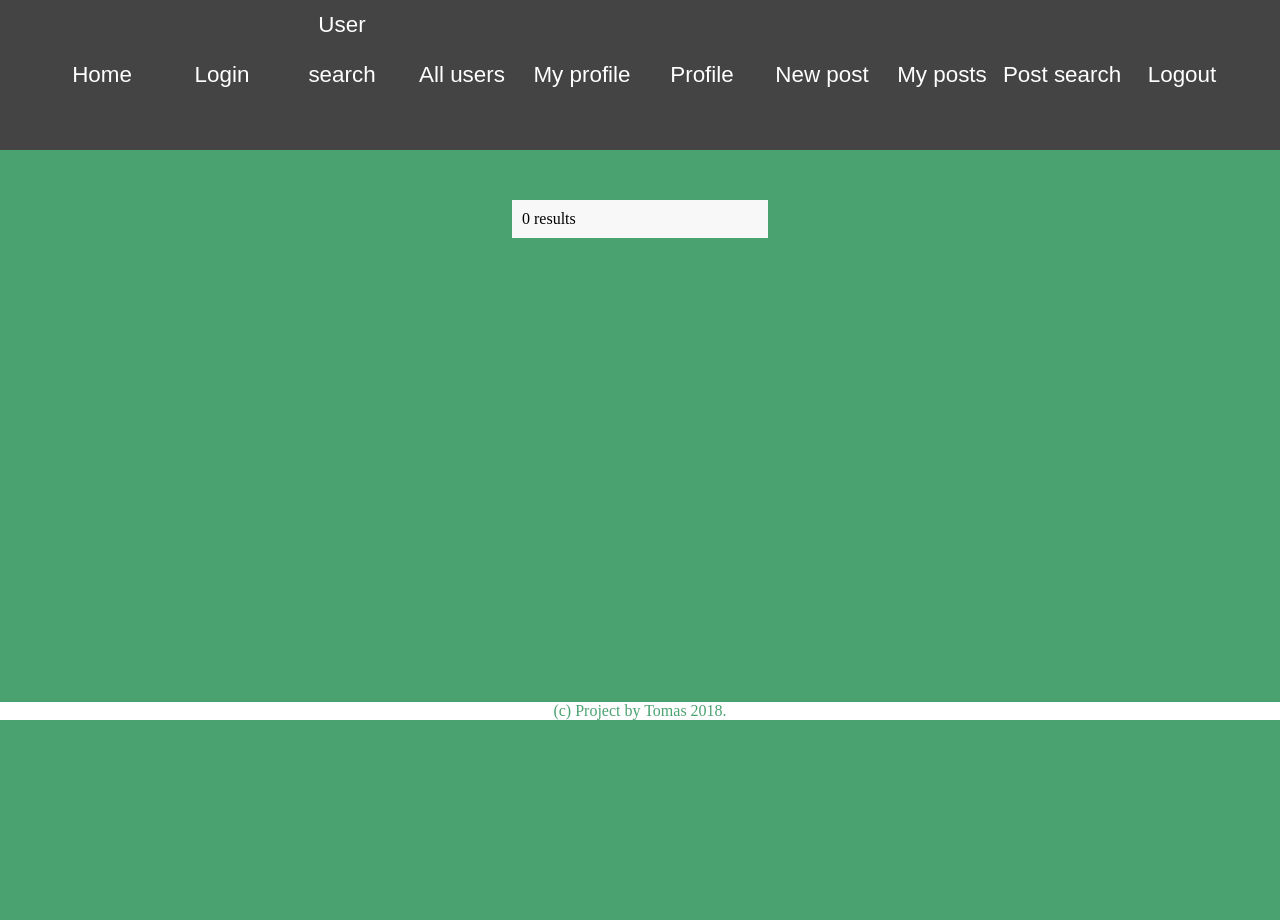
Repository: codin-full-stack/tomasz
Page: http://localhost/tomasz/userInfo.php
The author's editor kept a copy of each file at every save. The page is drawn from the files as they stood at one save, then again after the next save.
The browser window is 1280 px wide. The pictures show the whole page.
The page is run by PHP 8.4 with error messages shown; the project is at /var/www/html/.

Above is the page before, as saved 2018-10-12 11:36:01.

After the next save:
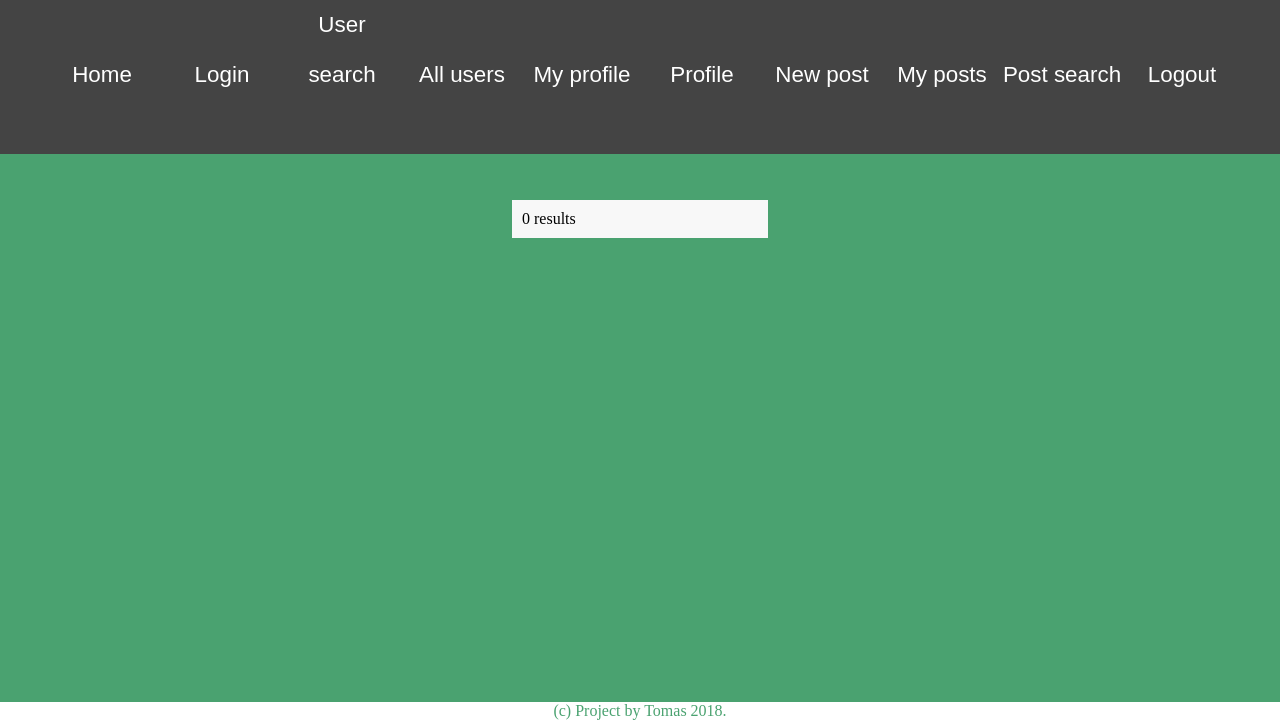
Saved 3 min 7 s later.
--- a/header.php
+++ b/header.php
@@ -3,7 +3,7 @@ session_start();
 // include('sessionCheck.php');
 include('jsonFunctions.php');
 ?>
-<script src="script.js"></script>
+
 <!DOCTYPE html>
 <html>
 <head>
@@ -26,6 +26,7 @@ include('jsonFunctions.php');
     <link href="https://fonts.googleapis.com/css?family=Roboto" rel="stylesheet">
 </head>
 <header>
+<script src="script.js"></script>
     <div class="nav">
         <?php include('TopMenu.php')?>
     </div>
